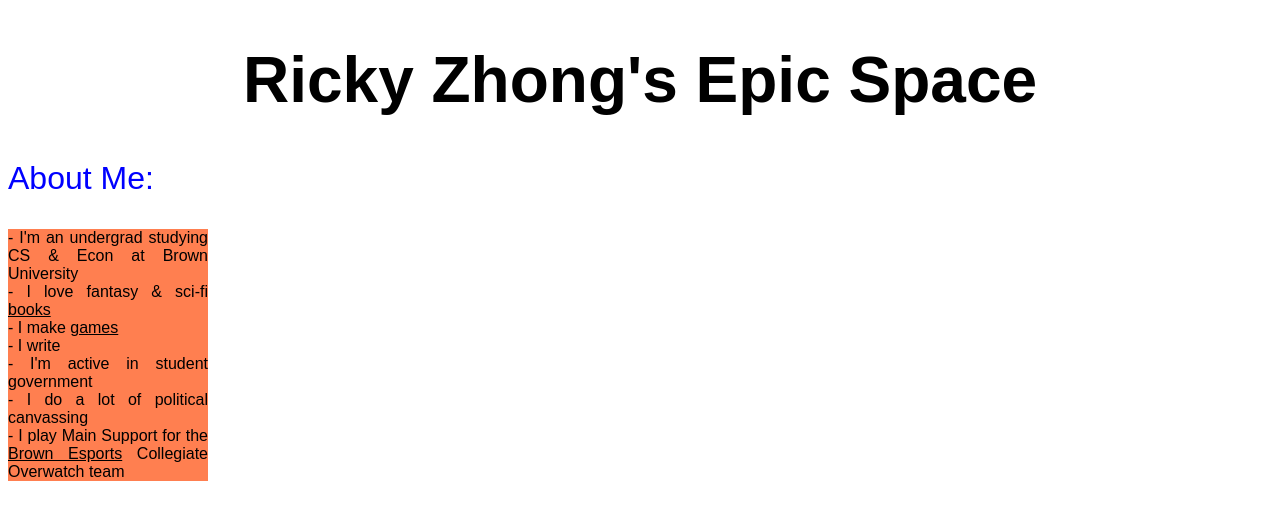
Repository: rickydaricky/rickydaricky.github.io
Page: index.html
An editor plug-in stored every save of this project. The page is shown before and after the next save, followed by the edit.
The browser window is 1280 px wide. The pictures show the whole page.

Above is the page before, as saved 2021-11-26 02:49:23.

After the next save:
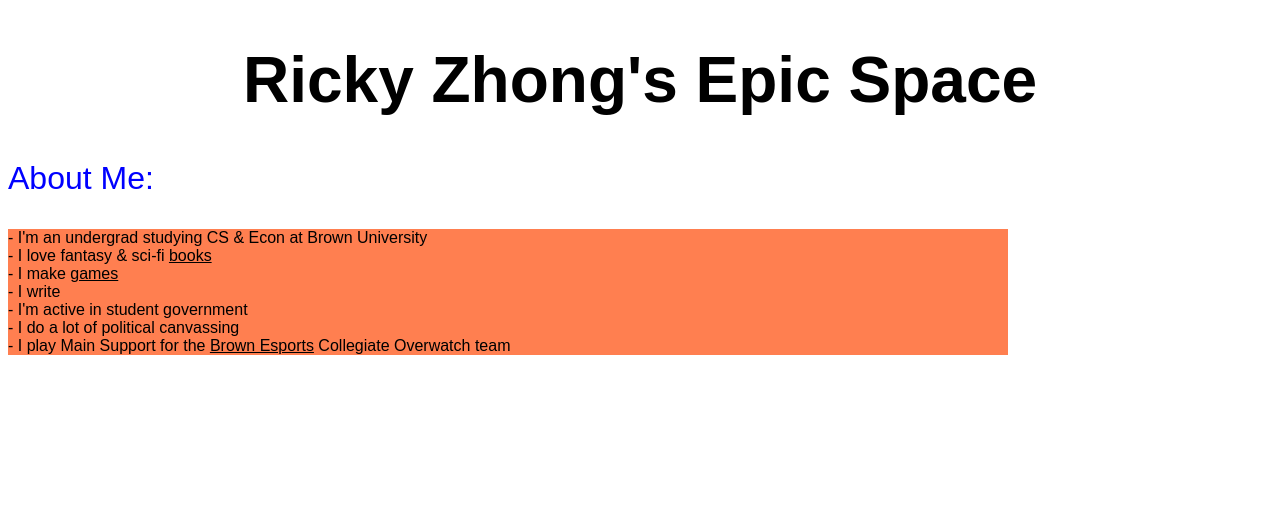
Saved 7 s later.
--- a/main.css
+++ b/main.css
@@ -20,6 +20,6 @@ html * {
 }
 
 .square {
-  width: 200px;
+  width: 1000px;
   background-color: coral;
 }
